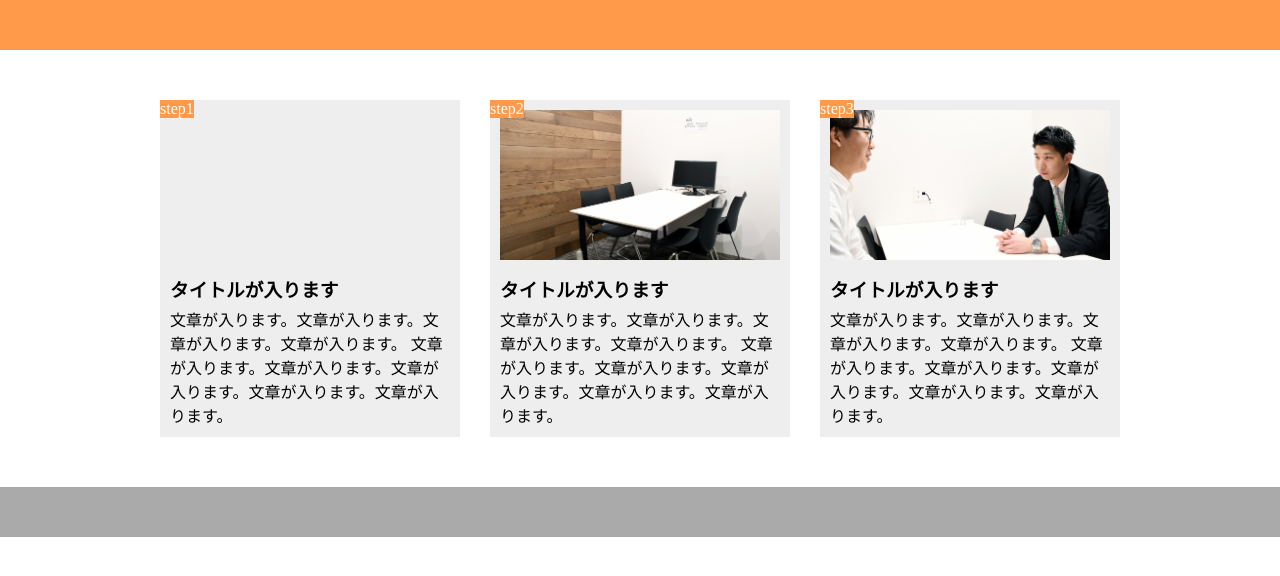
Repository: ryo32sun/Html-Practice
Page: practice/chapter9.html
The author's editor kept a record of every edit. The page is drawn from the files as they stood at one moment, then again after the next edit.
The browser window is 1280 px wide. The pictures show the whole page.

Above is the page before.

### practice/chapter9.html
<!DOCTYPE html>
<html lang="ja">
  <head>
  <meta charset="UTF-8">
  <link rel="stylesheet" href="chapter9.css">
  <title>
    Chapter9
  </title>
  </head>

  <header></header>

  <main>
    <div class="main-box">
      <div class="photo phot-1"></div>
      <div class="title">
        <h3>タイトルが入ります</h3>
      </div>
      <div class="text">
        <p>文章が入ります。文章が入ります。文章が入ります。文章が入ります。
        文章が入ります。文章が入ります。文章が入ります。文章が入ります。文章が入ります。</p>
      </div>
      <div class="step">
      <p>step1</p>
      </div>
    </div>

    <div class="main-box">
      <div class="photo photo-2"></div>
      <div class="title">
        <h3>タイトルが入ります</h3>
      </div>
      <div class="text">
        <p>文章が入ります。文章が入ります。文章が入ります。文章が入ります。
        文章が入ります。文章が入ります。文章が入ります。文章が入ります。文章が入ります。</p>
      </div>
      <div class="step">
        <p>step2</p>
      </div>
    </div>

        <div class="main-box">
      <div class="photo photo-3"></div>
      <div class="title">
        <h3>タイトルが入ります</h3>
      </div>
      <div class="text">
        <p>文章が入ります。文章が入ります。文章が入ります。文章が入ります。
        文章が入ります。文章が入ります。文章が入ります。文章が入ります。文章が入ります。</p>
      </div>
      <div class="step">
        <p>step3</p>
      </div>
    </div>


  </main>

  <footer></footer>

</html>

### practice/chapter9.css
* {
  padding:0;
  margin:0;
  box-sizing: border-box;
}

header {
  height: 50px;
  width: 100%;
  background-color:#ff9a4b;
}

main {
  margin: 50px auto;
  width: 960px;
  display: flex;
}

.main-box {
  width:300px;
  background-color: #eee;
  position: relative;
  padding:10px;
}

.main-box:nth-child(2) {
  margin: 0 30px;
}

.step {
  position: absolute;
  top:0;
  left:0;
  background-color:#ff9a4b;
  color: #fff;
}

.photo {
  background-size: cover;
  /*画像のポジション間違い　誤:center*/
  background-position: bottom;
  height: 150px;
}

.photo-1 {
  background-image: url(img9/flow01.png);
}

.photo-2 {
  background-image: url(img9/flow02.png);
}

.photo-3 {
  background-image: url(img9/flow03.png);
}

.title {
  margin: 15px 0 5px 0;
}


footer {
  width:100%;
  height: 50px;
  background-color:#aaa;
}

@media screen and (max-width:768px) {

  main {
    width: 100%;
    display: block;
  }

  .main-box {
    width: 90%;
    margin-left: 5%;
  }

  .main-box:nth-child(2) {
    margin: 20px 0 20px 5%;
  }

  h3 {
    font-size: 15px;
  }

  p {
    font-size: 12px;
  }
}

After the next edit:
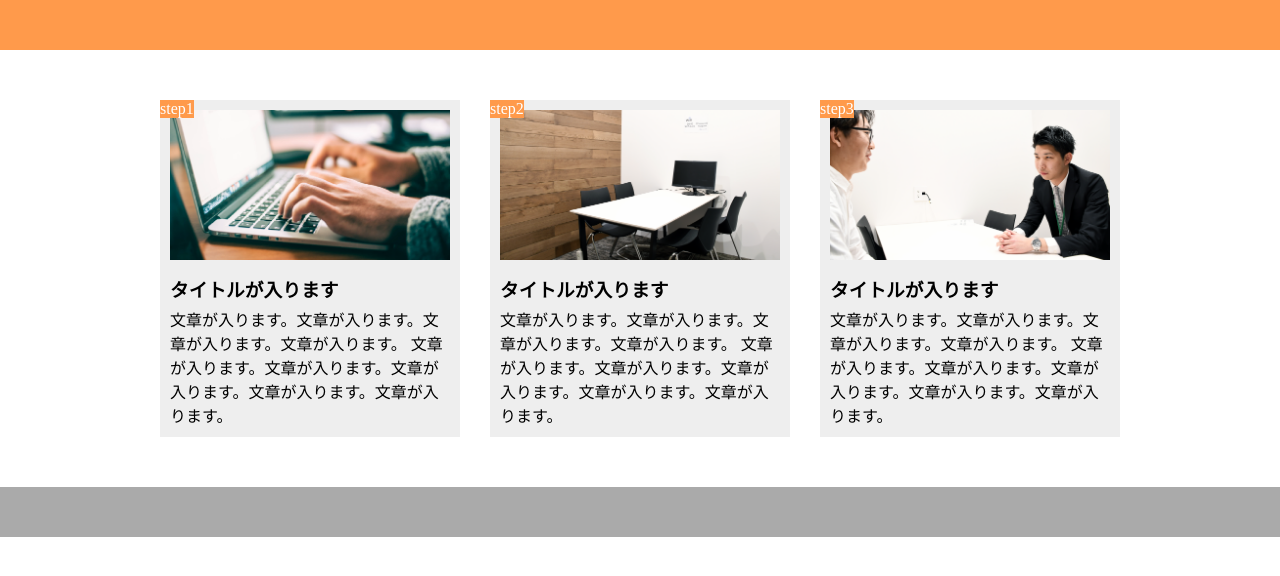
The edit:
--- a/practice/chapter9.html
+++ b/practice/chapter9.html
@@ -12,10 +12,10 @@
 
   <main>
     <div class="main-box">
-      <div class="photo phot-1"></div>
-      <div class="title">
-        <h3>タイトルが入ります</h3>
-      </div>
+      <div class="photo photo-1"></div>
+      <h3 class="title">
+        タイトルが入ります
+      </h3>
       <div class="text">
         <p>文章が入ります。文章が入ります。文章が入ります。文章が入ります。
         文章が入ります。文章が入ります。文章が入ります。文章が入ります。文章が入ります。</p>
